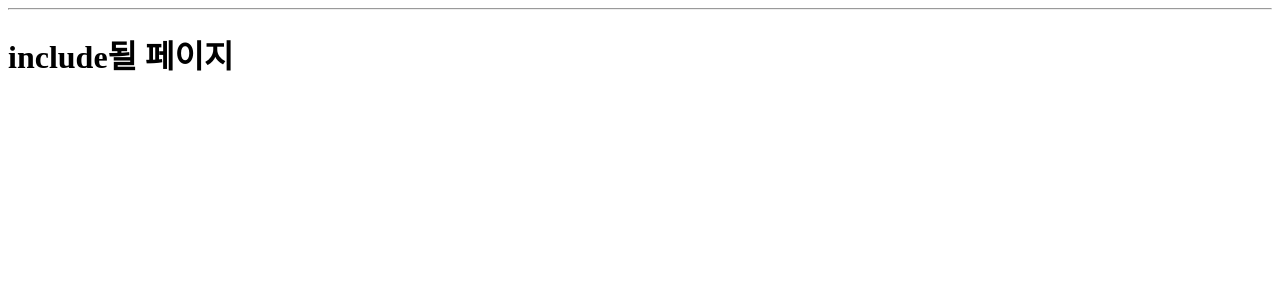
Repository: sonic247897/multicampus-sts
Page: http://localhost/firstPro/jsptest/subPage.jsp
An editor plug-in stored every save of this project. The page is shown before and after the next save, followed by the edit.
The browser window is 1280 px wide. The pictures show the whole page.
The page is served by Tomcat 9.

Above is the page before, as saved 2020-01-29 06:29:45.

After the next save:
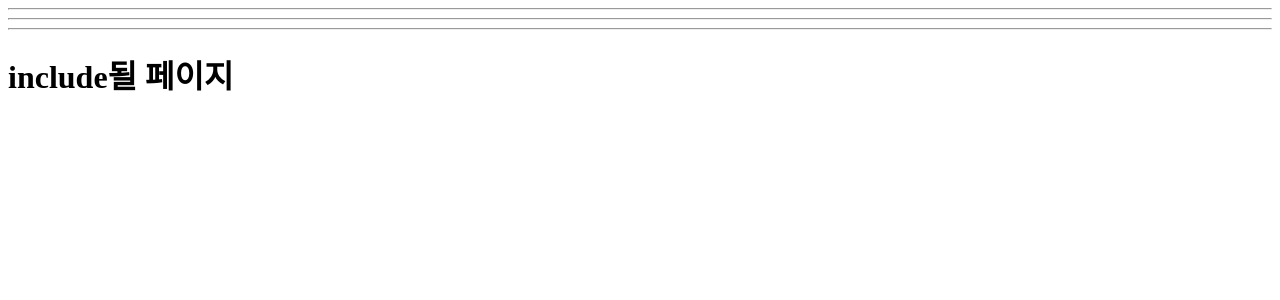
Saved 6 s later.
--- a/firstPro/src/main/webapp/jsptest/subPage.jsp
+++ b/firstPro/src/main/webapp/jsptest/subPage.jsp
@@ -7,7 +7,7 @@
 <title>Insert title here</title>
 </head>
 <body>
-	<hr/>
+	<hr/><hr/><hr/>
 	<h1>include될 페이지</h1>
 </body>
 </html>
